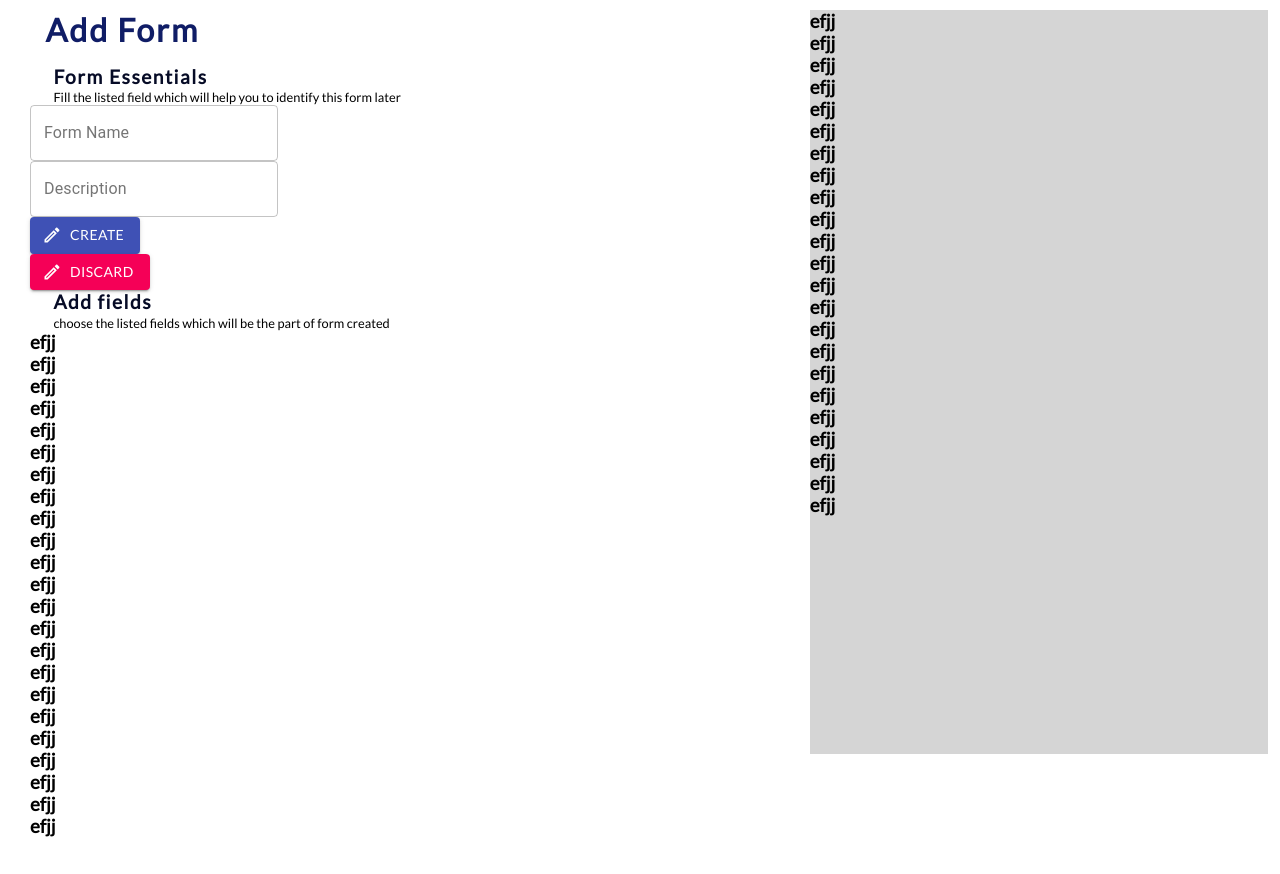
Repository: Architjain128/df
Page: /add
An editor plug-in stored every save of this project. The page is shown before and after the next save, followed by the edit.
The browser window is 1280 px wide. The pictures show the whole page.
The project was rebuilt for these pictures with package versions that can differ from the ones it lists, and the page was loaded fresh each time. Also part of the build but not shown: src/App.css, src/dftable.js, src/dataForm.js.

Above is the page before, as saved 2021-06-25 16:07:34.

After the next save:
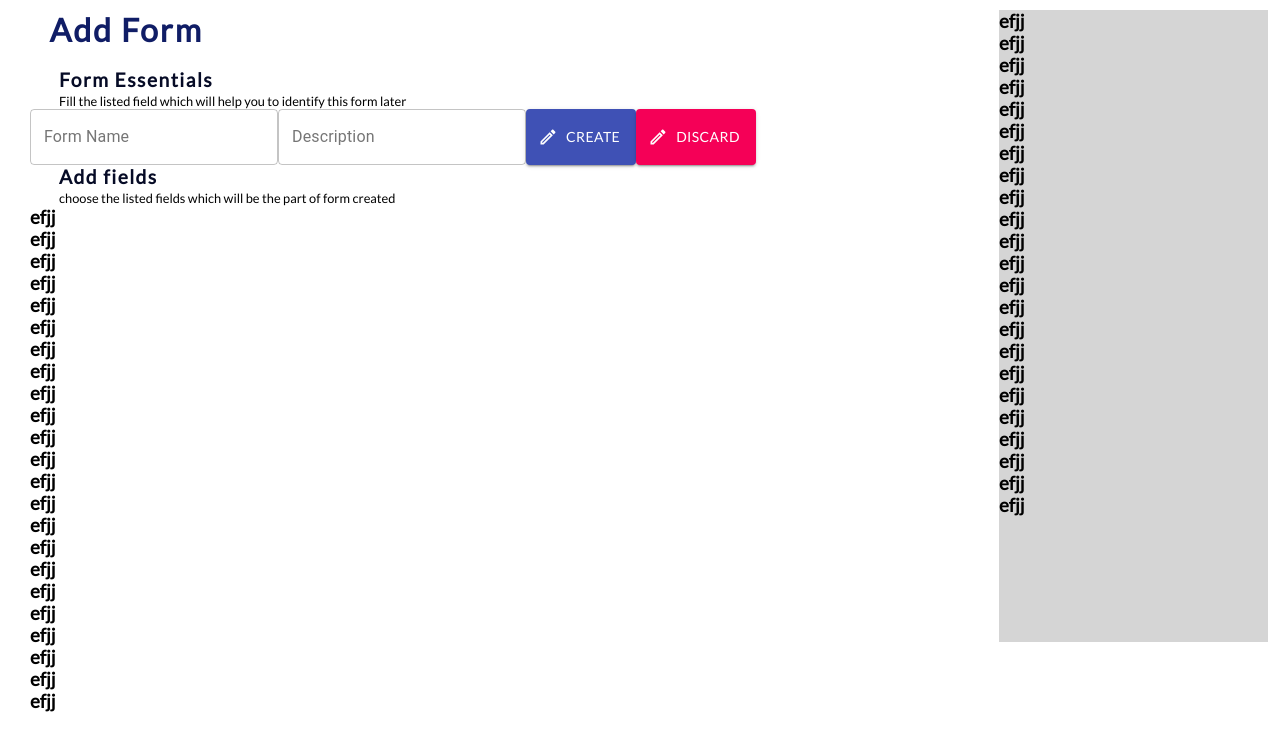
Saved 10 s later.
--- a/src/addDataForm.js
+++ b/src/addDataForm.js
@@ -13,7 +13,7 @@ class AddDataForm extends Component{
                             <div className="df-title">Add Form</div>
                             <div className="df-subtitle">Form Essentials</div>
                             <div className="df-description" >Fill the listed field which will help you to identify this form later</div>
-                            <div className="df-form-ess" class="flex">
+                            <div className="df-form-ess" class="flex-container">
                                 <TextField id="outlined-basic" label="Form Name" variant="outlined" /><br/>
                                 <TextField id="outlined-basic-large"  label="Description" variant="outlined"/>
                                 <div className="df-create2"><Button variant="contained" color="primary" startIcon={<CreateOutlinedIcon />}> Create </Button></div>
